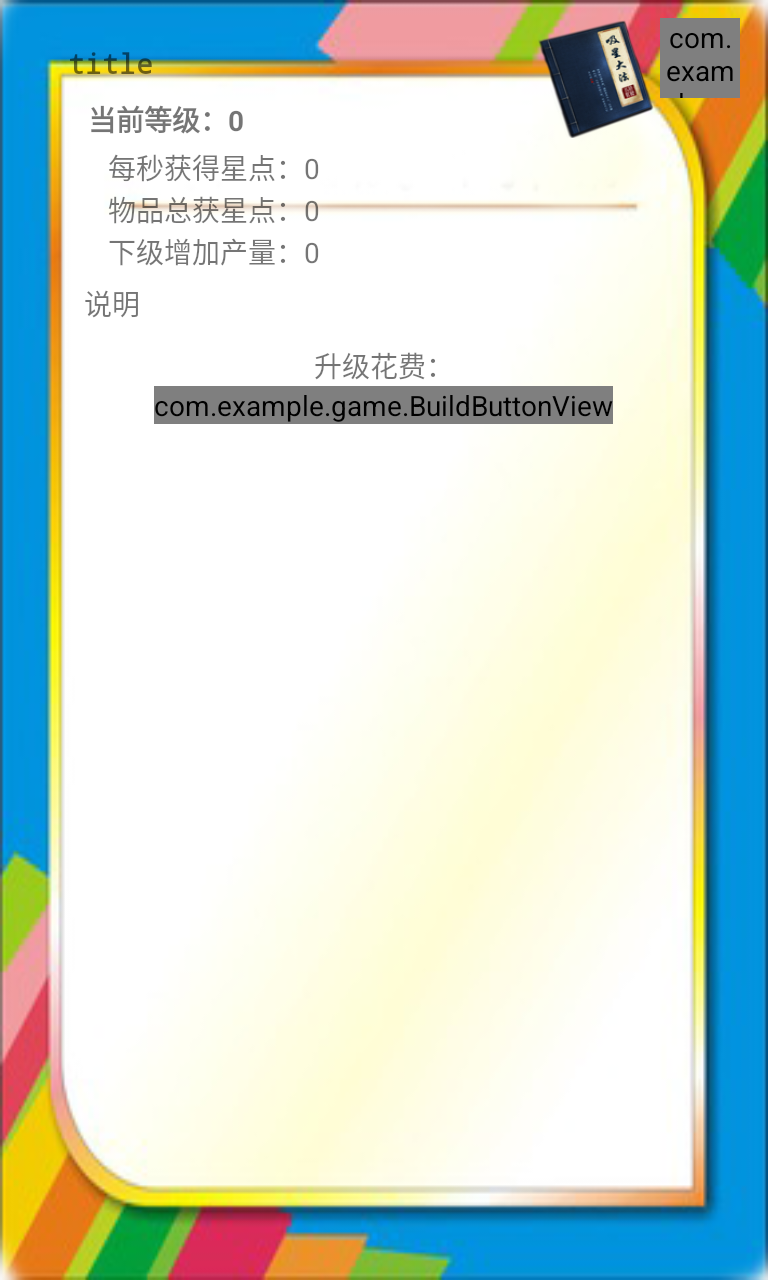
Repository: xianyun2014/StarPoint
Layout: game/res/layout/build_info_view.xml
An editor plug-in stored every save of this project. The layout is shown before and after the next save, followed by the edit.
Pictures or frames that could not be fetched are drawn as grey boxes. It is drawn on a 768 x 1280 px phone screen (xhdpi) without system bars, with theme AppTheme; the app's code is not run.

Above is the layout before, as saved 2014-11-17 18:14:49.

After the next save:
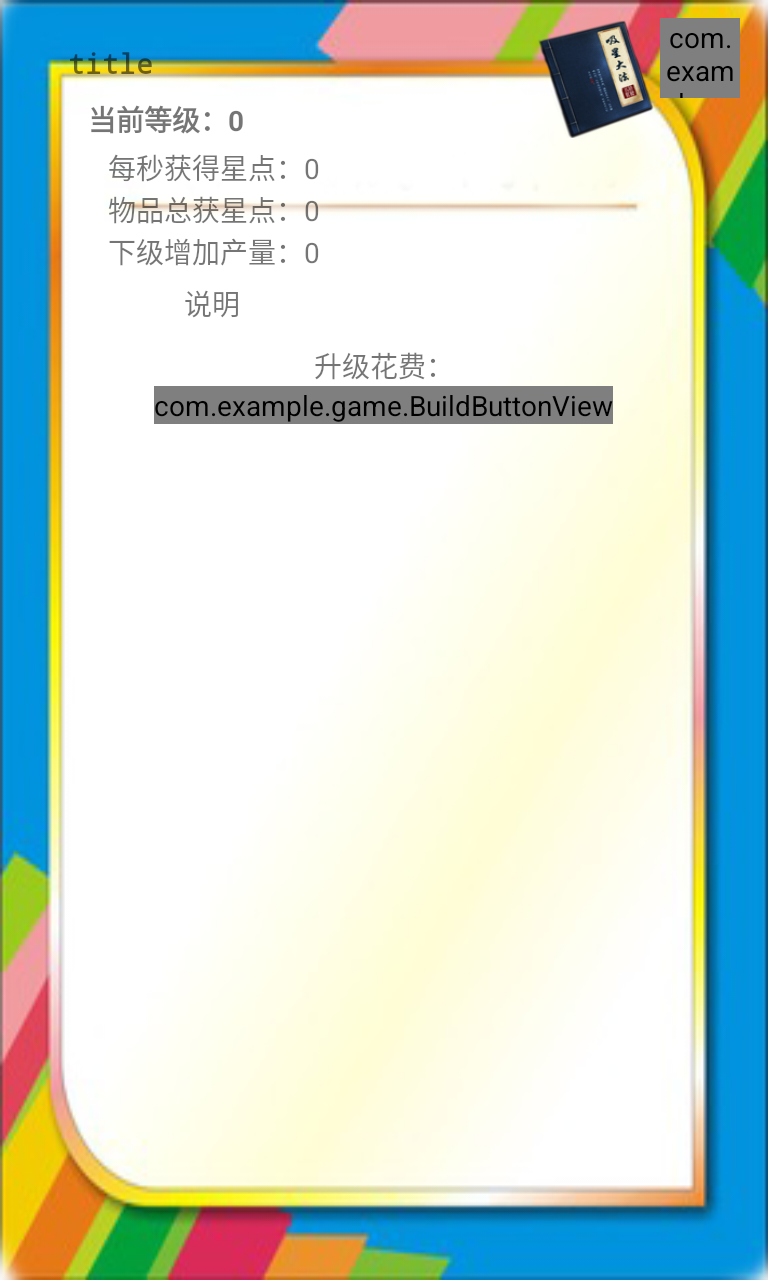
Saved 14 s later.
--- a/game/res/layout/build_info_view.xml
+++ b/game/res/layout/build_info_view.xml
@@ -125,7 +125,7 @@
 
     <TextView
         android1:id="@+id/txt_info"
-        android1:layout_width="300dp"
+        android1:layout_width="200dp"
         android1:layout_height="wrap_content"
         android1:layout_below="@+id/TableLayout1"
         android1:layout_centerHorizontal="true"
